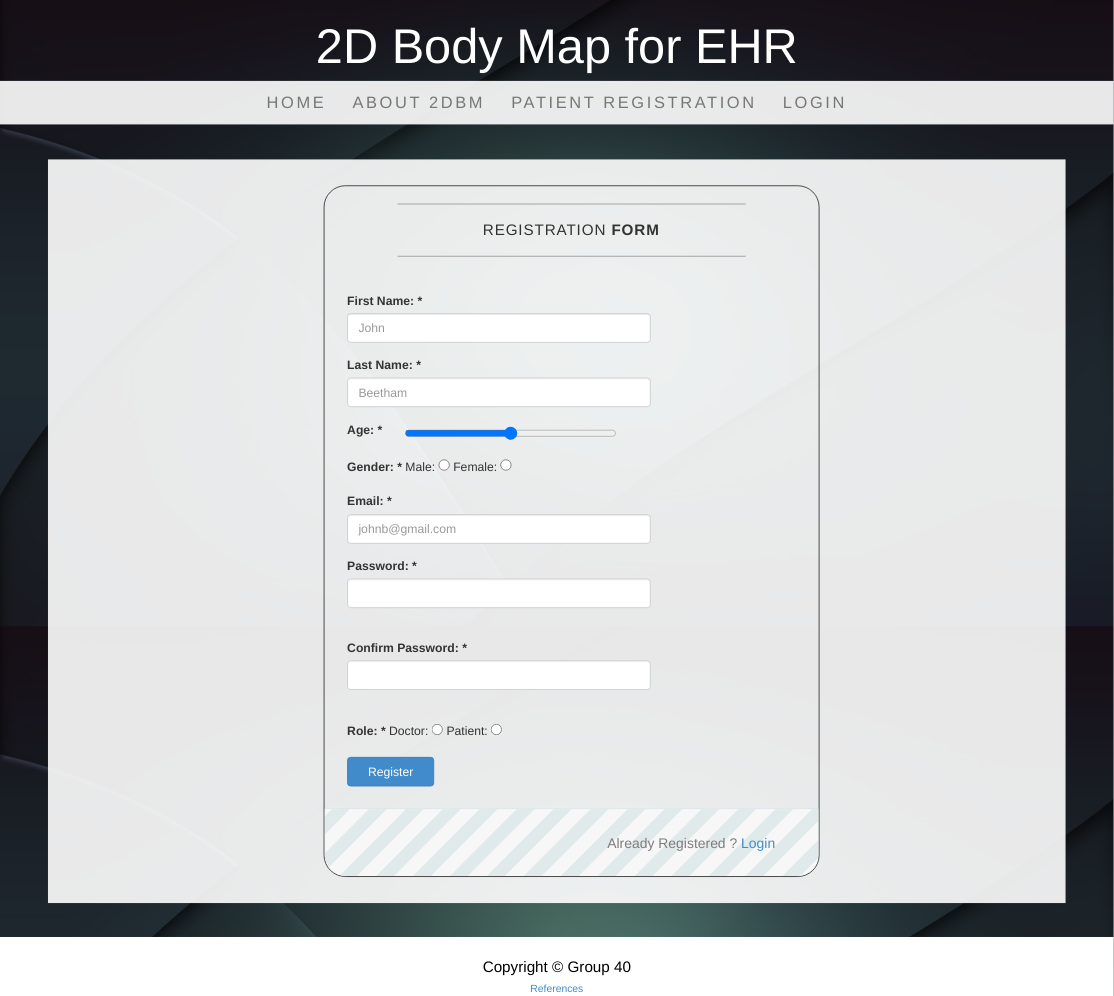
Repository: giftsondp/bodymap_new
Page: http://localhost/TwoDMapperforEHR1/Register.jsp
An editor plug-in stored every save of this project. The page is shown before and after the next save, followed by the edit.
The browser window is 1280 px wide. The pictures show the whole page, at 87% of full size.
Backgrounds fixed to the window are drawn as part of the page. Some web libraries are served in a nearby version. The page is served by Tomcat 9.

Above is the page before, as saved 2013-11-20 09:50:21.
Console error: TypeError: Cannot read properties of undefined (reading 'fn')

After the next save:
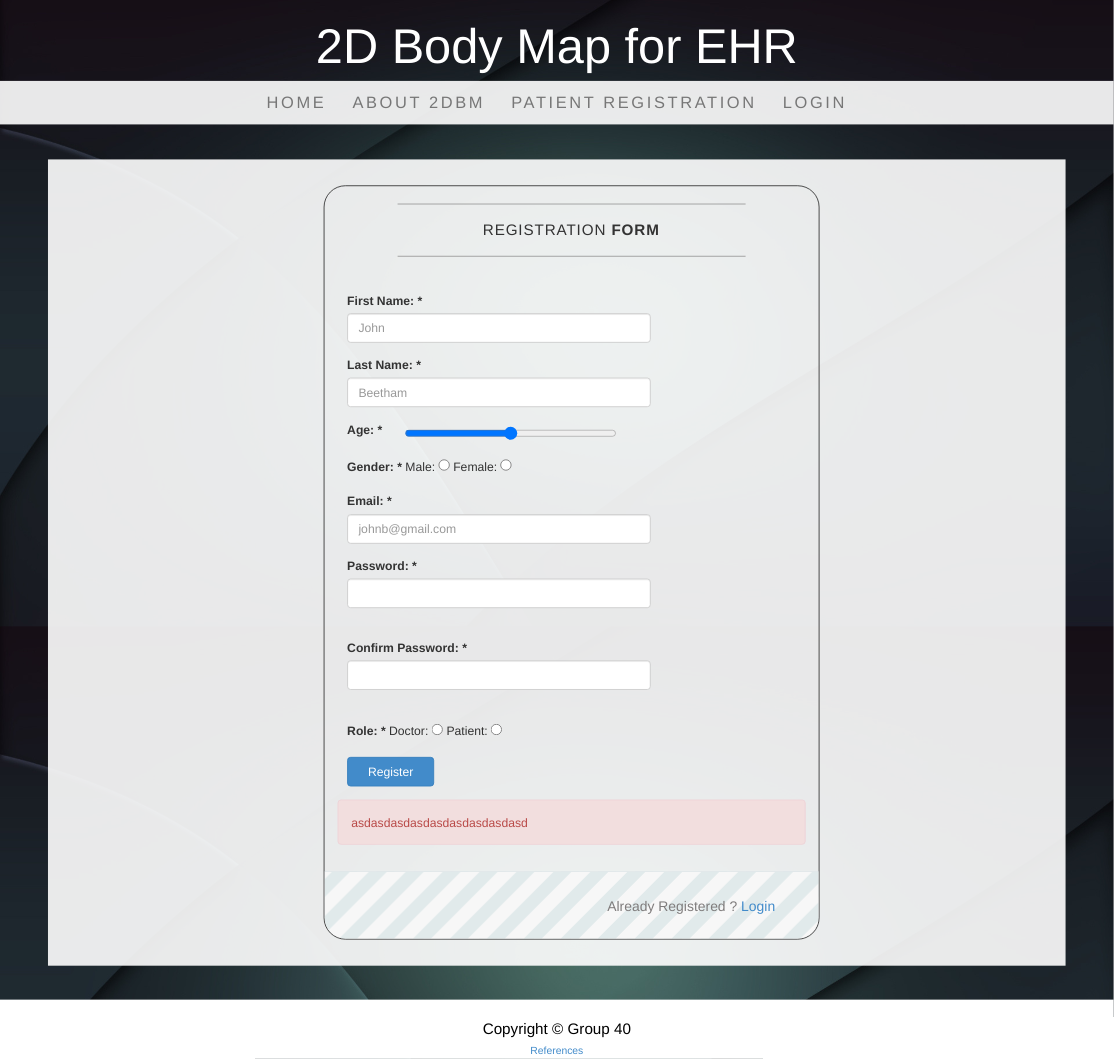
Saved 63 s later.
--- a/TwoDMapperforEHR1/WebContent/Register.jsp
+++ b/TwoDMapperforEHR1/WebContent/Register.jsp
@@ -252,7 +252,7 @@
                       <button type="submit" class="btn btn-primary" style="width:100px;">Register</button>
                     </div>
                 </div>
-                 <div class="alert alert-danger alert-dismissable hide" id="errorDiv">
+                 <div class="alert alert-danger alert-dismissable" id="errorDiv">
           <!--     <button type="button" class="close" data-dismiss="alert" id="error" aria-hidden="true">&times;</button> -->
            asdasdasdasdasdasdasdasdasd
             </div>

After the 2 saves that followed:
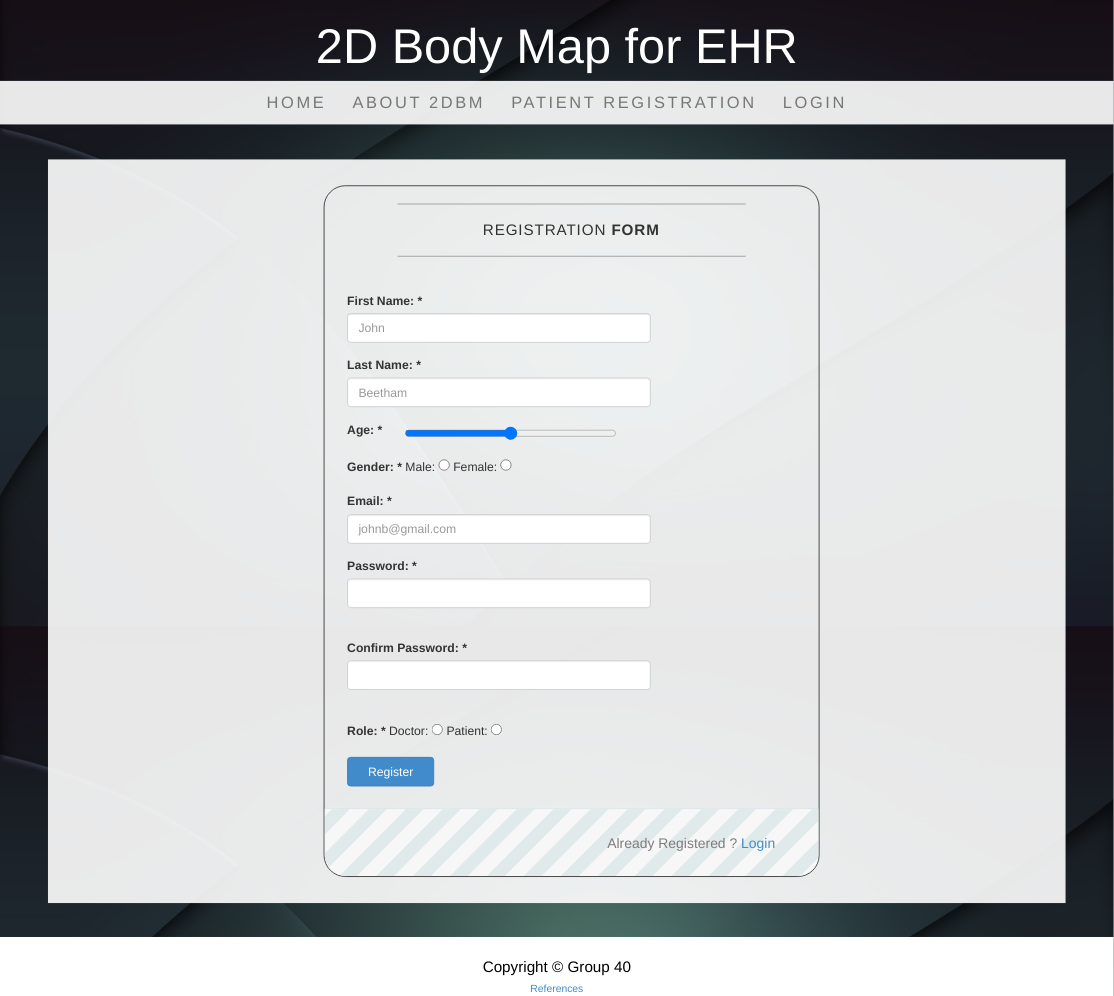
The 2 saves are shown as one change because they came seconds apart.
The last was saved 6 s later.
--- a/TwoDMapperforEHR1/WebContent/Register.jsp
+++ b/TwoDMapperforEHR1/WebContent/Register.jsp
@@ -252,7 +252,7 @@
                       <button type="submit" class="btn btn-primary" style="width:100px;">Register</button>
                     </div>
                 </div>
-                 <div class="alert alert-danger alert-dismissable" id="errorDiv">
+                 <div class="alert alert-danger alert-dismissable hide" id="errorDiv">
           <!--     <button type="button" class="close" data-dismiss="alert" id="error" aria-hidden="true">&times;</button> -->
            asdasdasdasdasdasdasdasdasd
             </div>
